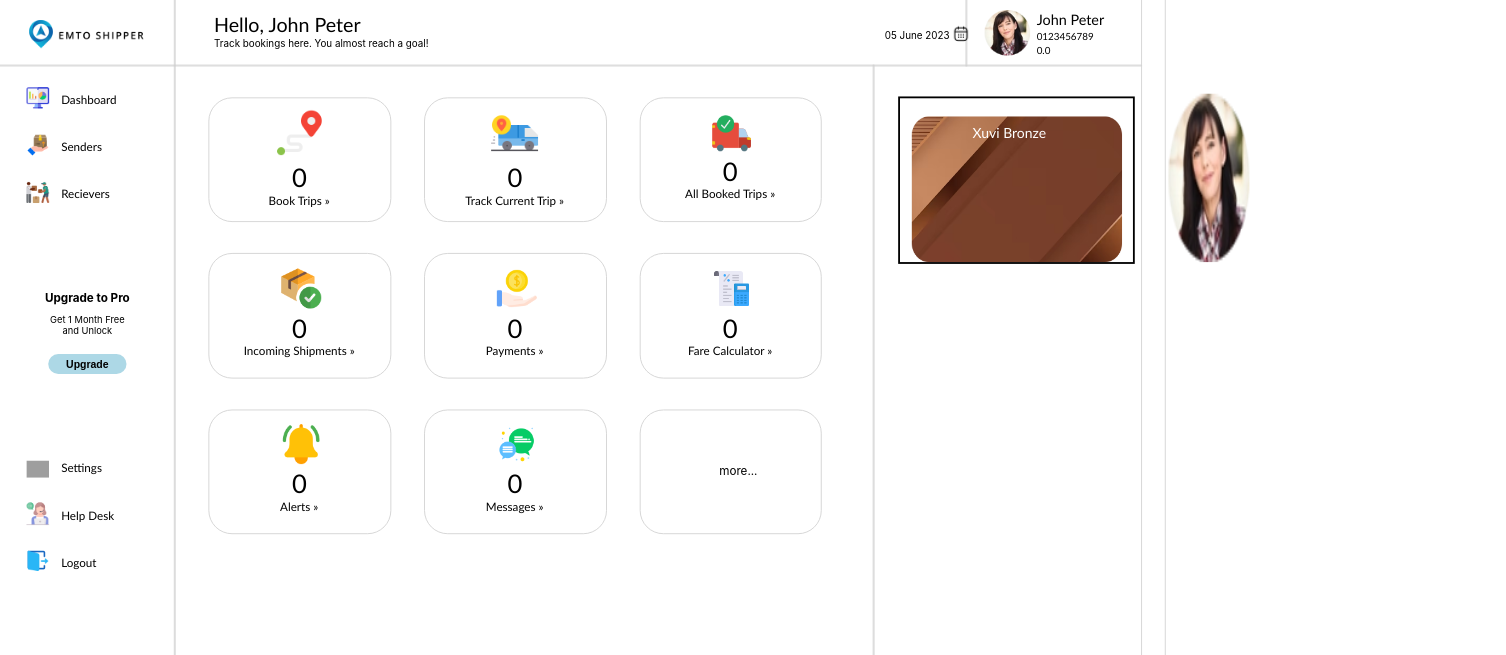
Repository: RoshanArun/Emto-Web
Page: /dashboard (app in emto/reactfirst/)
An editor plug-in stored every save of this project. The page is shown before and after the next save, followed by the edit.
The browser window is 1280 px wide. The page is 1655 px wide, then 1280 px, so the pictures cover 1655 px, including what lies to the right of the window. The pictures show the whole page, at 91% of full size.
Pictures or frames that could not be fetched are drawn as grey boxes. The project was rebuilt for these pictures with package versions that can differ from the ones it lists, and the page was loaded fresh each time. Also part of the build but not shown: emto/reactfirst/src/pages/SignUp/SignUp.css, emto/reactfirst/src/pages/SignUp/SignUp.js, emto/reactfirst/src/pages/Login/Login.js.

Above is the page before, as saved 2023-07-30 02:40:38.

After the next save:
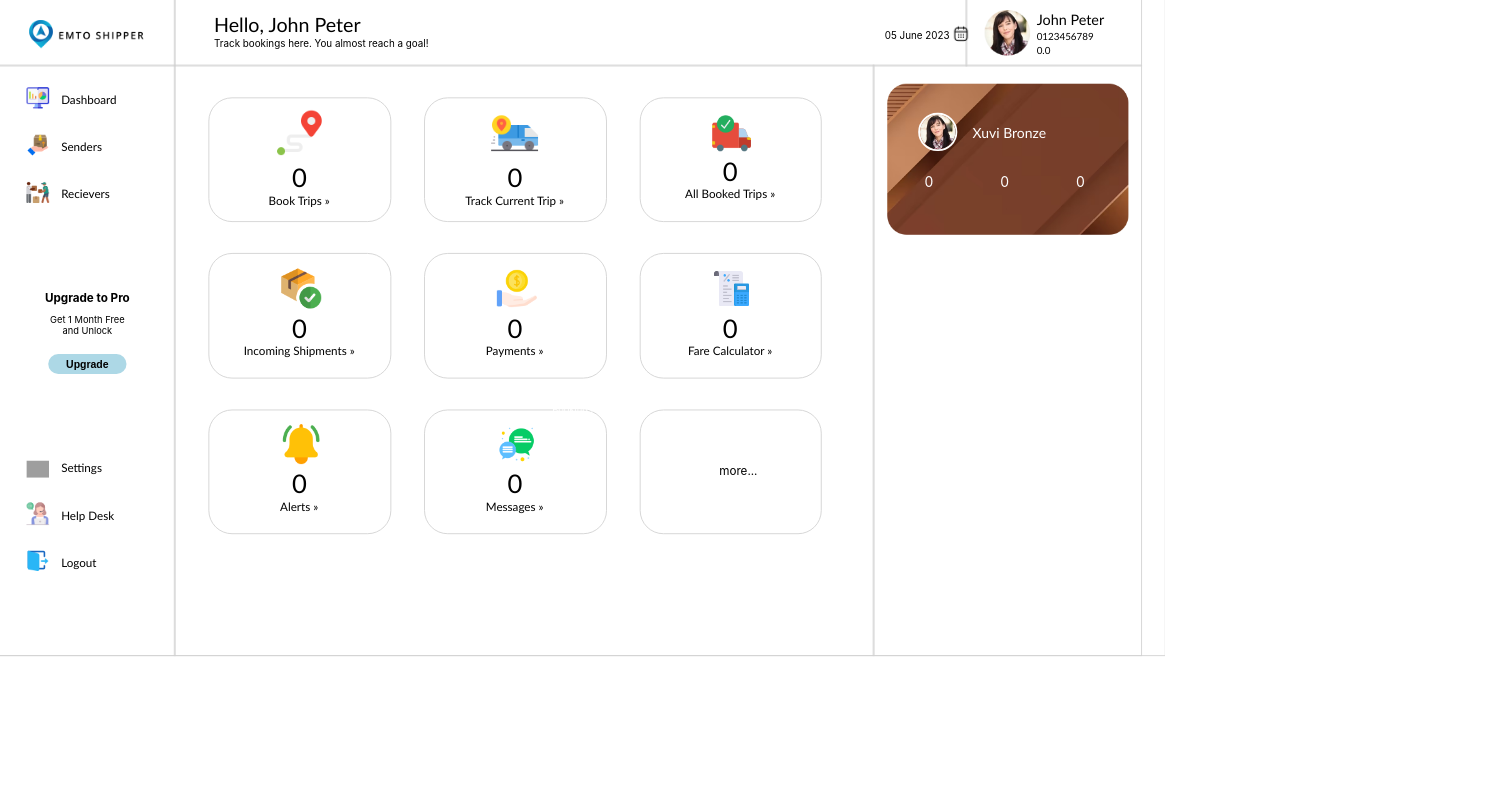
Saved 29 s later.
--- a/emto/reactfirst/src/pages/DashBoard/DashBoard.css
+++ b/emto/reactfirst/src/pages/DashBoard/DashBoard.css
@@ -254,12 +254,16 @@
 }
 
 .bronzeicon{
-
-
-  width: 35%;
-  margin-left: 20%;
-  margin-top: -5px;
-  margin-right: auto;
+  width: 3vw;
+  position: absolute;;
+  display: flex;
+  left: 79%;
+  top: 17.5%;
+  outline: 2px solid white;
+  border-radius: 205px;
+  min-width: 35px;
+  min-height: 35px;
+
 }
 
 .bronzeInformation{
@@ -284,7 +288,7 @@
   color: white;
  }
 
-.box2{
+.bo2{
   margin-top: 5vh;
   height: 25vh;
   width: 20vw;
